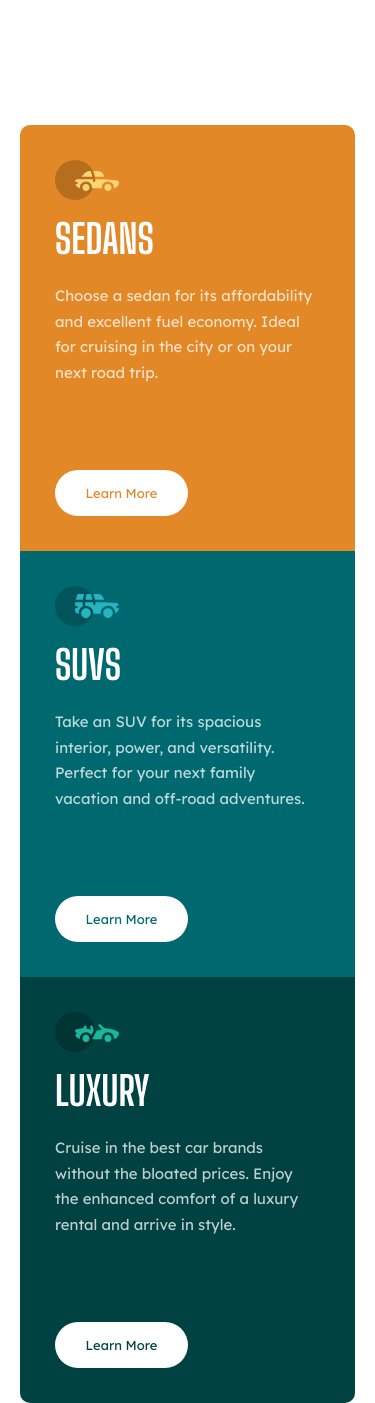
Repository: KamoliddinGIT/column-preview-card
Page: index.html
The author's editor kept a copy of each file at every save. The page is drawn from the files as they stood at one save, then again after the next save.
The browser window is 375 px wide. The pictures show the whole page.

Above is the page before, as saved 2023-09-15 17:07:02.

After the next save:
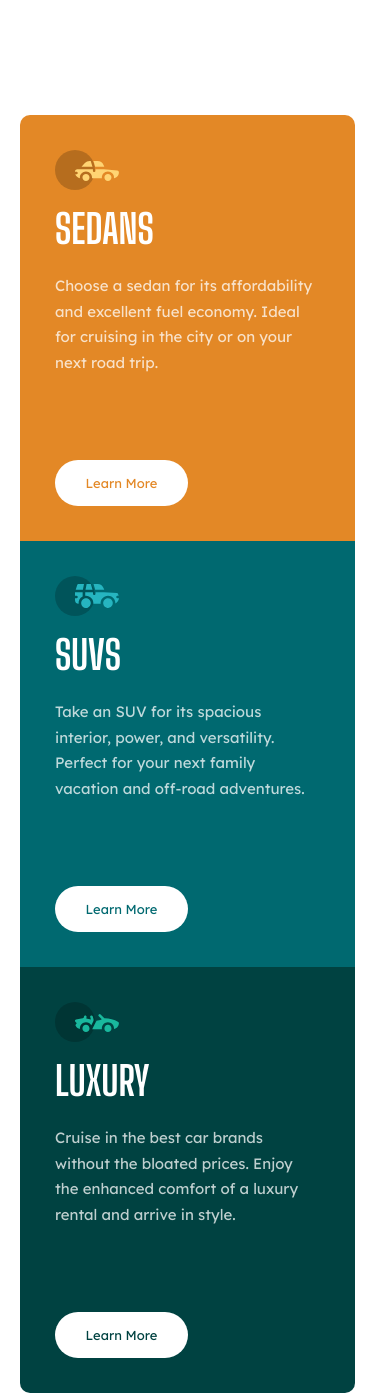
Saved 5 s later.
--- a/css/style.css
+++ b/css/style.css
@@ -194,7 +194,7 @@
   .container {
     max-width: 400px;
     width: 100%;
-    margin-bottom: 50px;
+    margin-bottom: 70px;
   }
   .card {
     padding: 35px;

After the save that followed:
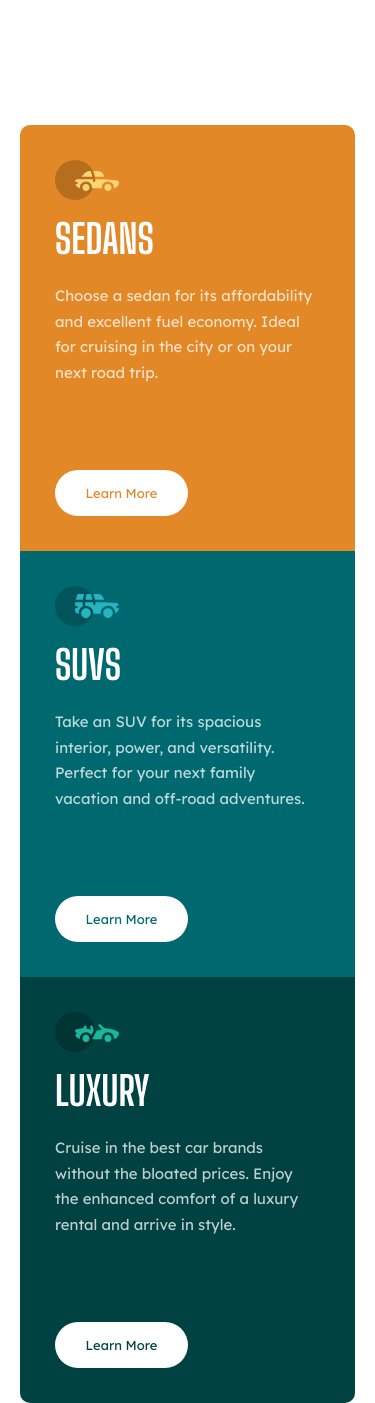
Saved 5 s later.
--- a/css/style.css
+++ b/css/style.css
@@ -194,7 +194,7 @@
   .container {
     max-width: 400px;
     width: 100%;
-    margin-bottom: 70px;
+    margin-bottom: 50px;
   }
   .card {
     padding: 35px;
